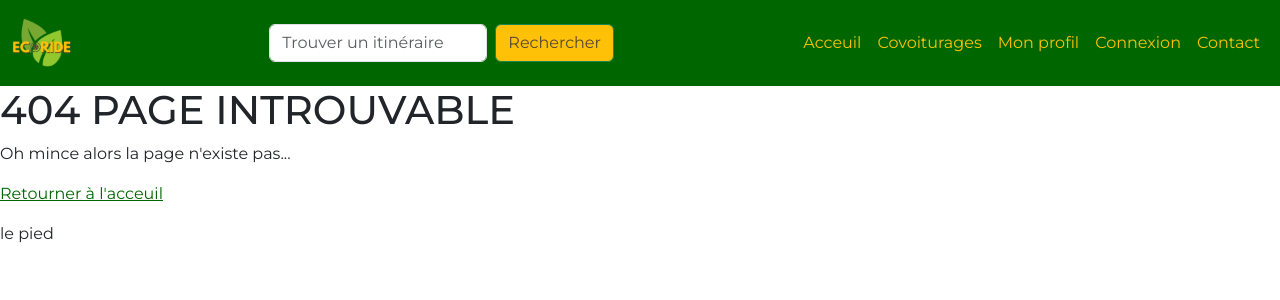
Repository: lemonhao9/ECF
Page: index.html
The author's editor kept a copy of each file at every save. The page is drawn from the files as they stood at one save, then again after the next save.
The browser window is 1280 px wide. The pictures show the whole page.
Some web fonts or font styles are not loaded; a fallback is used. The style sheet was rebuilt from its Sass, Less or Tailwind sources for each picture, by a compiler version that may differ from the author's.

Above is the page before, as saved 2025-02-11 14:36:50.

### index.html
<!DOCTYPE html>
<html lang="fr">
<head>
    <meta charset="UTF-8">
    <meta name="viewport" content="width=device-width, initial-scale=1.0">
    <link rel="preconnect" href="https://fonts.googleapis.com">
    <link rel="preconnect" href="https://fonts.gstatic.com" crossorigin>
    <link href="https://fonts.googleapis.com/css2?family=Hind+Madurai:wght@300;400;500;600;700&family=Montserrat:ital,wght@0,100..900;1,100..900&display=swap" rel="stylesheet">
    <link rel="stylesheet" href="/scss/main.css"/>
    <title>EcoRide</title>
</head>
<body>

    <header>
<nav class="navbar navbar-expand-lg bg-primary" data-bs-theme="light">
  <div class="container-fluid">
        <a class="navbar-brand" href="/"><img src="/images/EcoRideLOGO.png" class="img-fluid" alt="logo EcoRide" width="60px"height="50px"></a>
        <button class="navbar-toggler" type="button" data-bs-toggle="collapse" data-bs-target="#navbarSupportedContent" aria-controls="navbarSupportedContent" aria-expanded="false" aria-label="Toggle navigation">
      <span class="navbar-toggler-icon"></span>
        </button>
     <div class="collapse navbar-collapse" id="navbarSupportedContent">
        <div class="d-flex justify-content-center w-100">
            <form class="d-flex" role="search">
              <input class="form-control me-2" type="search" placeholder="Trouver un itinéraire" aria-label="Search">
              <button class="btn btn-outline-success bg-secondary text-black" type="submit">Rechercher</button>
            </form>
          </div>
      <ul class="navbar-nav ms-auto mb-2 mb-lg-0">
        <li class="nav-item">
          <a class="nav-link text-secondary" href="/">Acceuil</a>
        </li>
        <li class="nav-item">
          <a class="nav-link text-secondary" href="/formCovoit">Covoiturages</a>
        </li>
        <li class="nav-item">
          <a class="nav-link text-secondary text-nowrap" href="/profile">Mon profil</a>
        </li>
        <li class="nav-item">
            <a class="nav-link text-secondary" href="#">Connexion</a>
          </li>
          <li class="nav-item">
            <a class="nav-link text-secondary" href="">Contact</a>
          </li>
      </ul>

    </div>
  </div>
</nav>
    </header>

    <main id="main-page">
        <!-- Injection du contenu des différentes pages-->
    </main>
    <footer>
        le pied
    </footer>

    <script type="module" src="./Router/router.js"></script>
    <script src="node_modules/bootstrap/dist/js/bootstrap.bundle.min.js"></script>

</body>
</html>

### Router/router.js
import Route from "./Route.js";
import { allRoutes, websiteName } from "./allRoutes.js";

// Création d'une route pour la page 404 (page introuvable)
const route404 = new Route("404", "Page introuvable", "/pages/404.html");

// Fonction pour récupérer la route correspondant à une URL donnée
const getRouteByUrl = (url) => {
  let currentRoute = null;
  // Parcours de toutes les routes pour trouver la correspondance
  allRoutes.forEach((element) => {
    if (element.url == url) {
      currentRoute = element;
    }
  });
  // Si aucune correspondance n'est trouvée, on retourne la route 404
  if (currentRoute != null) {
    return currentRoute;
  } else {
    return route404;
  }
};

// Fonction pour charger le contenu de la page
const LoadContentPage = async () => {
  const path = window.location.pathname;
  // Récupération de l'URL actuelle
  const actualRoute = getRouteByUrl(path);
  // Récupération du contenu HTML de la route
  const html = await fetch(actualRoute.pathHtml).then((data) => data.text());
  // Ajout du contenu HTML à l'élément avec l'ID "main-page"
  document.getElementById("main-page").innerHTML = html;

  // Ajout du contenu JavaScript
  if (actualRoute.pathJS != "") {
    // Création d'une balise script
    var scriptTag = document.createElement("script");
    scriptTag.setAttribute("type", "text/javascript");
    scriptTag.setAttribute("src", actualRoute.pathJS);

    // Ajout de la balise script au corps du document
    document.querySelector("body").appendChild(scriptTag);
  }

  // Changement du titre de la page
  document.title = actualRoute.title + " - " + websiteName;
};

// Fonction pour gérer les événements de routage (clic sur les liens)
const routeEvent = (event) => {
  event = event || window.event;
  event.preventDefault();
  // Mise à jour de l'URL dans l'historique du navigateur
  window.history.pushState({}, "", event.target.href);
  // Chargement du contenu de la nouvelle page
  LoadContentPage();
};

// Gestion de l'événement de retour en arrière dans l'historique du navigateur
window.onpopstate = LoadContentPage;
// Assignation de la fonction routeEvent à la propriété route de la fenêtre
window.route = routeEvent;
// Chargement du contenu de la page au chargement initial
LoadContentPage();

### Router/allRoutes.js
import Route from "./Route.js";

//Définir ici vos routes
export const allRoutes = [
    new Route("/", "Accueil", "./pages/home.html"),
    new Route("/profile", "Profil", "./pages/profile.html"),
    new Route("/login", "Connexion", "./pages/auth/login.html"),
    new Route("/signin", "Inscription", "./pages/auth/signin.html"),
    new Route("/formCovoit", "Covoiturages", "./pages/formCovoit.html"),
    new Route("/vueCovoit", "Se déplacer", "./pages/vueCovoit.html")
];

//Le titre s'affiche comme ceci : Route.titre - websitename
export const websiteName = "EcoRide";

### pages/404.html
<div>
    <h1>404 PAGE INTROUVABLE</h1>
    <p>Oh mince alors la page n'existe pas...</p>
    <p><a href="/">Retourner à l'acceuil</a></p>
</div>

### scss/main.scss
@import 'custom'

### scss/_custom.scss
// Include any default variable overrides here (though functions won't be available)

$primary: #006600;
$secondary: #FFC107;
$dark:#392C1E;
$black:  #584832;
$font-family-sans-serif: "Montserrat", sans-serif !default;
$font-family-serif: "Hind Madurai", serif !default;

@import "../node_modules/bootstrap/scss/bootstrap";

//Suite du code ici

.navbar-toggler-icon {
    background-image: url("data:[embedded picture, 225 characters]");
  }
.navbar-toggler{
  border:none; //2px solid #FFC107;
}
.navbar-toggler:focus{
  box-shadow: none;
}

Loaded but not shown: node_modules/bootstrap/dist/js/bootstrap.bundle.min.js (library); Router/Route.js (common file)

After the next save:
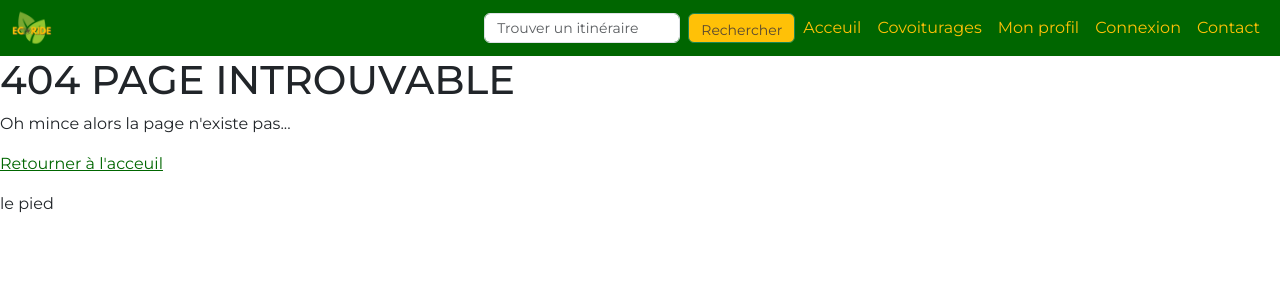
Saved 2 min 56 s later.
--- a/scss/_custom.scss
+++ b/scss/_custom.scss
@@ -20,3 +20,35 @@ $font-family-serif: "Hind Madurai", serif !default;
 .navbar-toggler:focus{
   box-shadow: none;
 }
+
+header .navbar {
+    height: 56px;
+  }
+
+  header .navbar .navbar-brand img {
+    height: 40px; /* Ajustez la hauteur de l'image pour qu'elle s'adapte bien */
+    width: auto; /* Conserve les proportions de l'image */
+  }
+
+  header .navbar .navbar-toggler {
+    padding: 0.25rem 0.75rem; /* Ajustez le padding pour centrer verticalement le bouton */
+    font-size: 1.25rem; /* Ajustez la taille de l'icône si nécessaire */
+  }
+
+  header .navbar .navbar-collapse {
+    flex-grow: 0; /* Empêche le collapse de prendre trop de place */
+  }
+
+  header .navbar .form-control {
+    height: 30px; /* Ajustez la hauteur de l'input pour qu'il s'adapte bien */
+    font-size: 0.875rem; /* Ajustez la taille du texte si nécessaire */
+  }
+
+  header .navbar .btn {
+    height: 30px; /* Ajustez la hauteur du bouton pour qu'il s'adapte bien */
+    font-size: 0.875rem; /* Ajustez la taille du texte si nécessaire */
+  }
+
+  header .navbar .nav-link {
+    line-height: 30px; /* Ajustez la hauteur de la ligne pour centrer verticalement les liens */
+  }

After the save that followed:
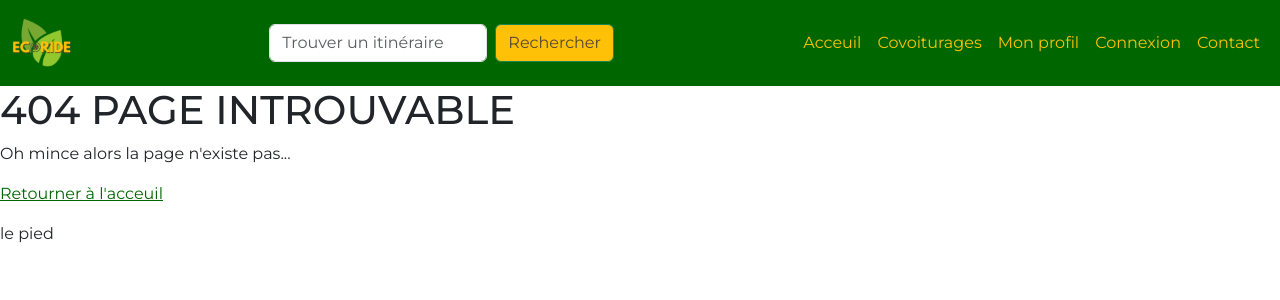
Saved 69 s later.
--- a/scss/_custom.scss
+++ b/scss/_custom.scss
@@ -20,35 +20,3 @@ $font-family-serif: "Hind Madurai", serif !default;
 .navbar-toggler:focus{
   box-shadow: none;
 }
-
-header .navbar {
-    height: 56px;
-  }
-
-  header .navbar .navbar-brand img {
-    height: 40px; /* Ajustez la hauteur de l'image pour qu'elle s'adapte bien */
-    width: auto; /* Conserve les proportions de l'image */
-  }
-
-  header .navbar .navbar-toggler {
-    padding: 0.25rem 0.75rem; /* Ajustez le padding pour centrer verticalement le bouton */
-    font-size: 1.25rem; /* Ajustez la taille de l'icône si nécessaire */
-  }
-
-  header .navbar .navbar-collapse {
-    flex-grow: 0; /* Empêche le collapse de prendre trop de place */
-  }
-
-  header .navbar .form-control {
-    height: 30px; /* Ajustez la hauteur de l'input pour qu'il s'adapte bien */
-    font-size: 0.875rem; /* Ajustez la taille du texte si nécessaire */
-  }
-
-  header .navbar .btn {
-    height: 30px; /* Ajustez la hauteur du bouton pour qu'il s'adapte bien */
-    font-size: 0.875rem; /* Ajustez la taille du texte si nécessaire */
-  }
-
-  header .navbar .nav-link {
-    line-height: 30px; /* Ajustez la hauteur de la ligne pour centrer verticalement les liens */
-  }
